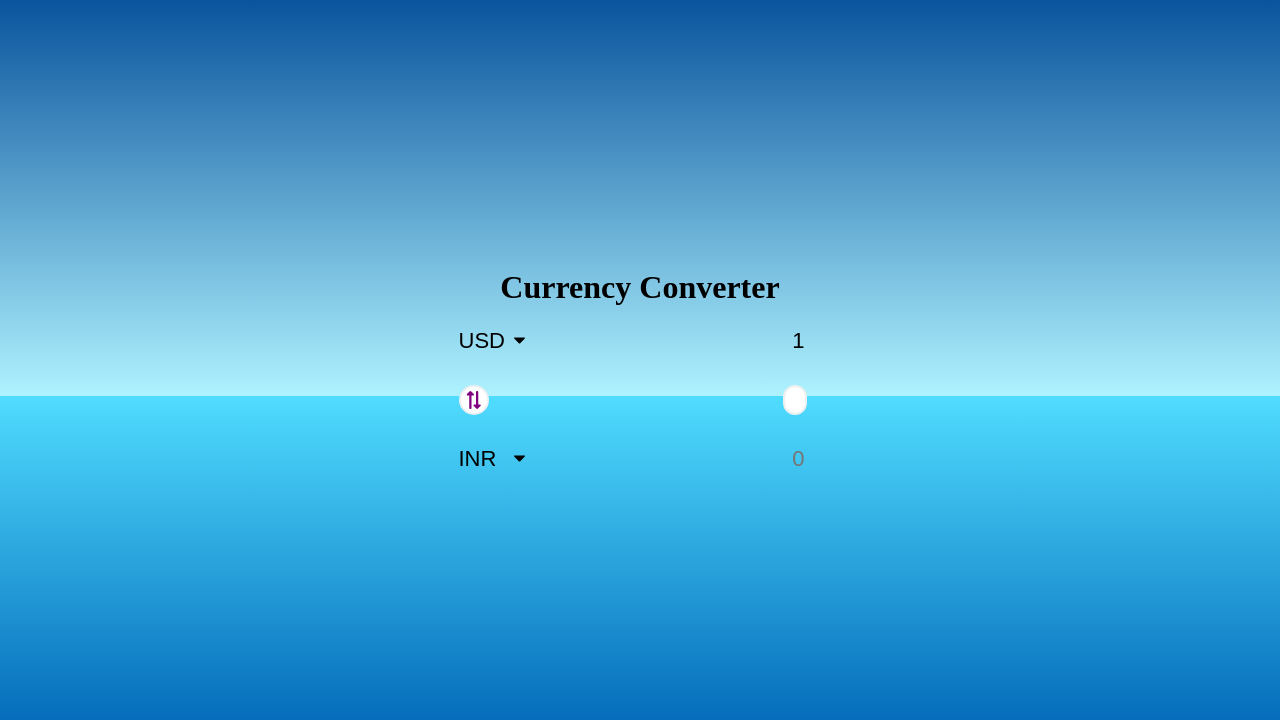
Repository: Sp4ngl3r/Currency-Converter
Page: currency.html
The author's editor kept a copy of each file at every save. The page is drawn from the files as they stood at one save, then again after the next save.
The browser window is 1280 px wide. The pictures show the whole page.
The page's requests for data from a server got no answer. Some web fonts or font styles are not loaded; a fallback is used. Some web libraries are served in a nearby version.

Above is the page before, as saved 2020-04-19 09:03:07.

After the next save:
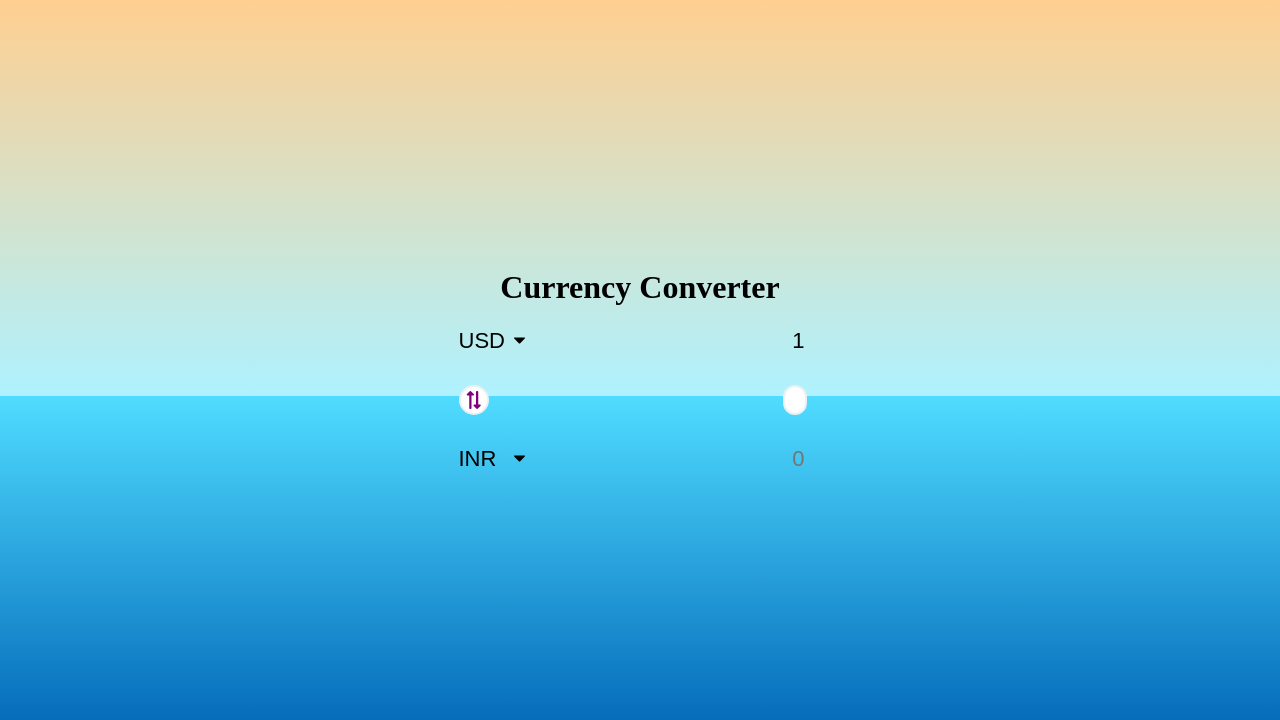
Saved 69 s later.
--- a/currency.css
+++ b/currency.css
@@ -5,7 +5,7 @@
 body {
   background: linear-gradient(
     to bottom,
-    #09549d 0%,
+    #ffcf91 0%,
     #aff2ff 55%,
     #50dcff 55%,
     #056dbb 100%
